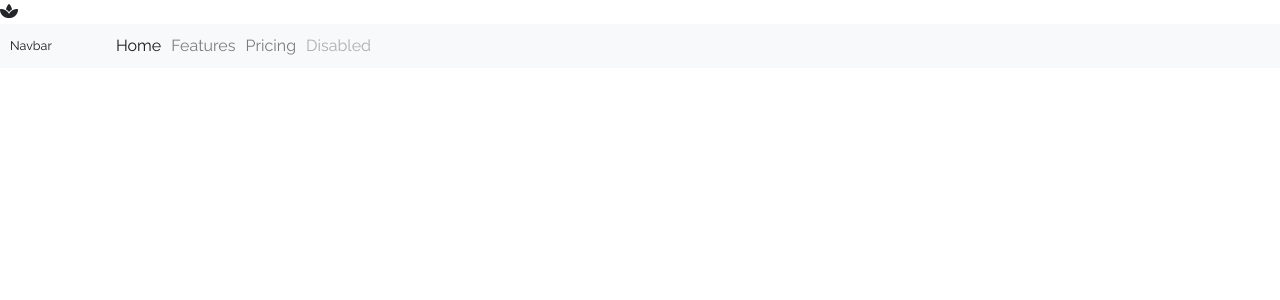
Repository: KrzysKolo/Projekt-13_Kwiaciarnia
Page: index.html
These files come from the project's save history. The page is drawn as it stood at one moment and after the next save; the edit follows.
The browser window is 1280 px wide. The pictures show the whole page.
Some web libraries are served in a nearby version.

Above is the page before, as saved 2020-08-07 12:14:17.

After the next save:
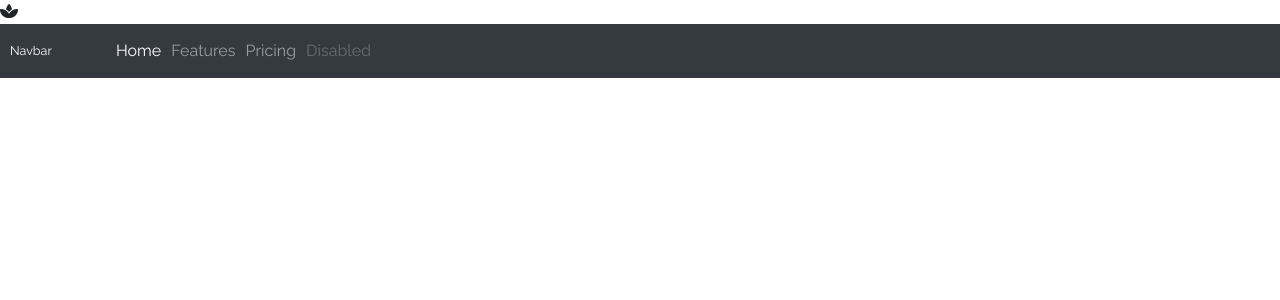
Saved 3 min 44 s later.
--- a/index.html
+++ b/index.html
@@ -24,7 +24,7 @@
   <body>
     <i class="fas fa-spa"></i>
 
-    <nav class="navbar navbar-expand-lg navbar-light bg-light">
+    <nav class="navbar navbar-expand-lg navbar-dark bg-dark py-3">
       <a class="navbar-brand" href="#">Navbar</a>
       <button
         class="navbar-toggler"
